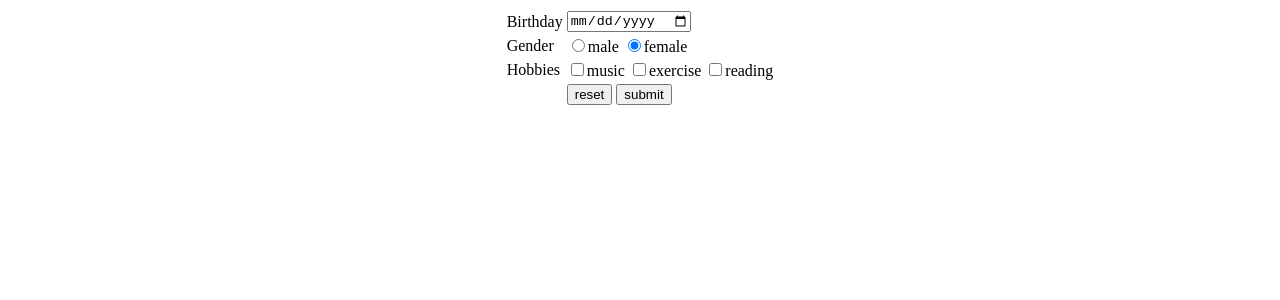
Repository: zoooolander/systex_prac_javaee
Page: http://localhost/myWeb/customer/createCustomer2.jsp
These files come from the project's save history. The page is drawn as it stood at one moment and after the next save; the edit follows.
The browser window is 1280 px wide. The pictures show the whole page.
The page is served by Tomcat 10. Other server files are loaded and not shown.

Above is the page before, as saved 2024-09-20 07:46:29.

### myWeb/src/main/webapp/customer/createCustomer2.jsp
<%@ page language="java" contentType="text/html; charset=UTF-8"
    pageEncoding="UTF-8"%>
<!DOCTYPE html>
<html>
<head>
<meta charset="UTF-8">
<title>Insert title here</title>
</head>
<body>
	<form action="createCustomer.do" method="post">
	<input type="hidden" name="action" value="cc2"/>
	<table border="0" style="margin: auto">
			<tbody>
				<tr>
					<td>Birthday</td>
					<td><input type="date" name="birth" value="${ param.birth}"/></td>
				</tr>
				<tr>
					<td>Gender</td>
						<td><%
						String isMale = "";
						String isFemale = "";
						String gender = request.getParameter("gender");
						if ("male".equals(gender)) {
							isMale = "checked";
						} else {
							isFemale = "checked";
						}
						%> <input type="radio" name="gender" value="male" <%= isMale %>/>male
							<input type="radio" name="gender" value="female" <%= isFemale %>/>female
						</td>
				</tr>
				<tr>
					<td>Hobbies</td>
					<td><%
					String musicSelected = "";
					String exerciseSelected = "";
					String readingSelected = "";
					String[] habits = request.getParameterValues("habit");
					if (habits != null) {
						for (String habit : habits) {
							if (habit.equals("music")) {
								musicSelected = "checked";
							}
							if (habit.equals("exercise")) {
								musicSelected = "checked";
							}
							if (habit.equals("reading")) {
								musicSelected = "checked";
							}
						}
					}
					%> <input type="checkbox" name="habit" value="music" <%= musicSelected %>/>music
						<input type="checkbox" name="habit" value="exercise"<%= exerciseSelected %> />exercise
						<input type="checkbox" name="habit" value="reading" <%= readingSelected%>/>reading
					</td>
				</tr>
				<tr>
					<td></td>
					<td><input type="reset" value="reset" /> <input type="submit"
						value="submit" /></td>
				</tr>
			</tbody>
		</table>
</body>
</html>

After the next save:
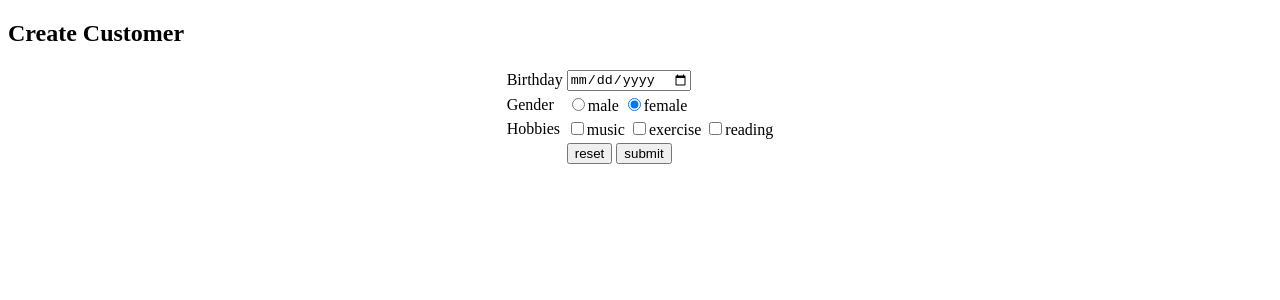
Saved 2 min 27 s later.
--- a/myWeb/src/main/webapp/customer/createCustomer2.jsp
+++ b/myWeb/src/main/webapp/customer/createCustomer2.jsp
@@ -7,6 +7,7 @@
 <title>Insert title here</title>
 </head>
 <body>
+	<h2>Create Customer</h2>
 	<form action="createCustomer.do" method="post">
 	<input type="hidden" name="action" value="cc2"/>
 	<table border="0" style="margin: auto">
